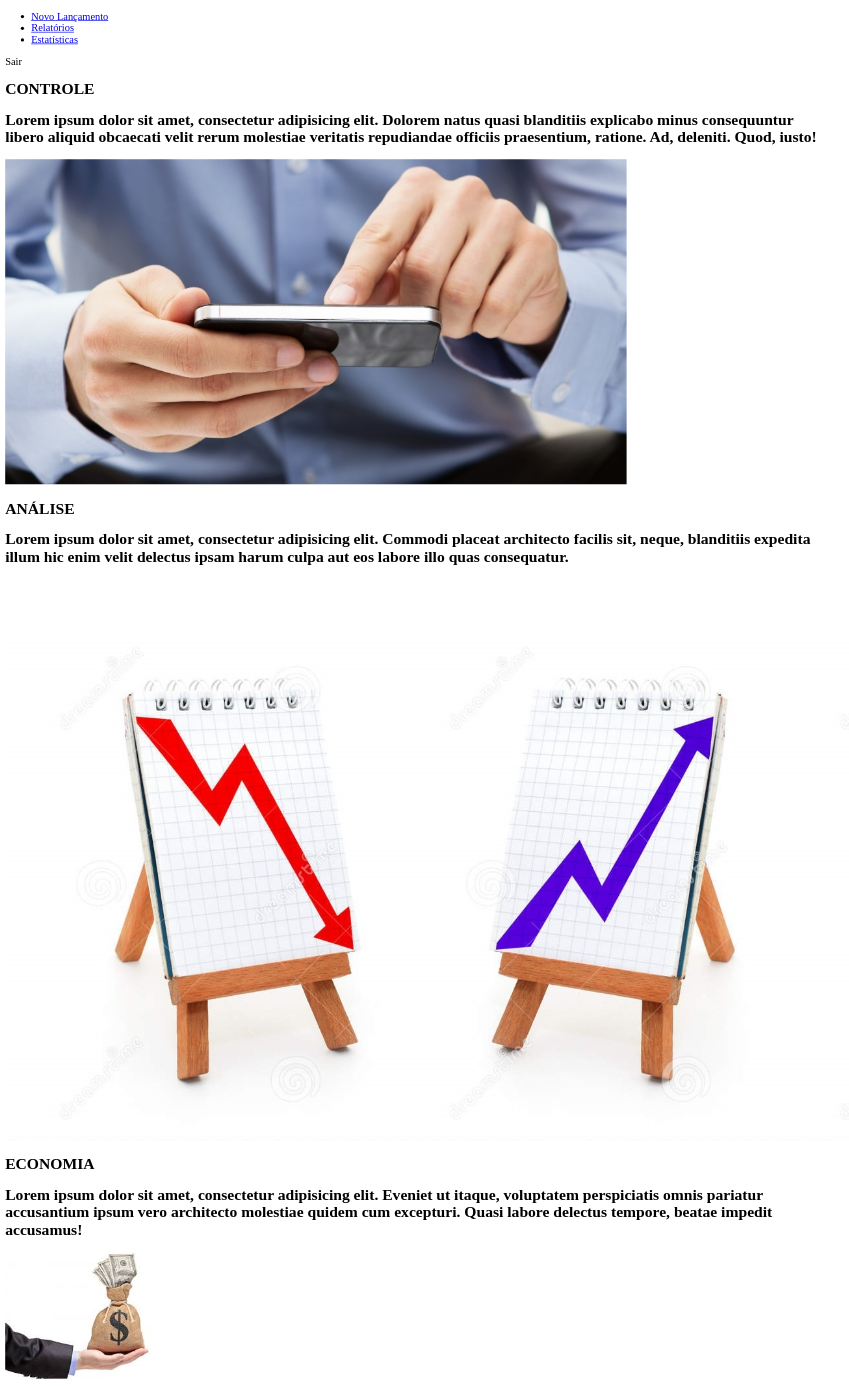
Repository: EconoMyRD/final-homework
Page: Economy/WebContent/html/indexGerencial.html
The author's editor kept a copy of each file at every save. The page is drawn from the files as they stood at one save, then again after the next save.
The browser window is 1280 px wide. The page is 1306 px wide, then 1280 px, so the pictures cover 1306 px, including what lies to the right of the window. The pictures show the whole page, at 65% of full size.
Some web libraries are served in a nearby version.

Above is the page before, as saved 2015-06-23 04:07:39.
Console error: TypeError: $(...).live is not a function

After the next save:
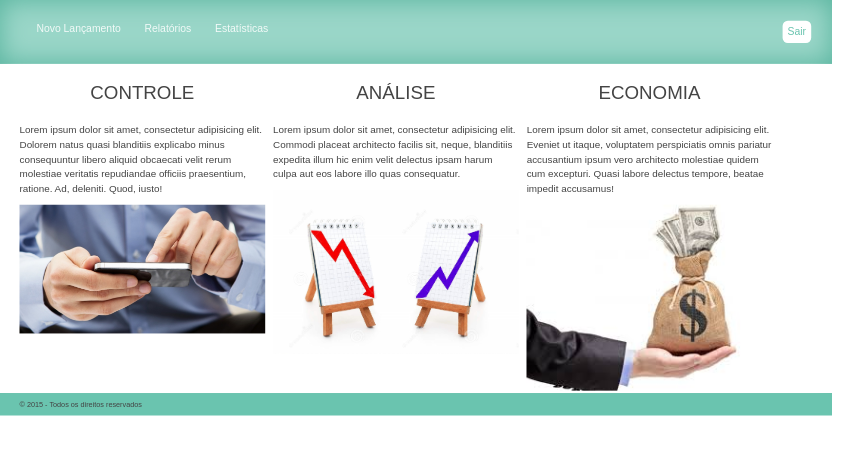
Saved 112 s later.
--- a/Economy/WebContent/html/indexGerencial.html
+++ b/Economy/WebContent/html/indexGerencial.html
@@ -3,7 +3,7 @@
 <head>
     <meta charset="UTF-8">
     <title>Economy</title>
-   <!--  <link rel="stylesheet" href="../css/Estilos.css">-->
+   <link rel="stylesheet" href="../css/Estilos.css">
     <link rel='shortcut icon' href='../favicon.ico'>
 </head>
 <body>
@@ -64,11 +64,22 @@
             </div>
         <div id="conteudo"></div>
      </section>
-     <div id="footerGerencial"></div>
+    <!--  <div id="footerGerencial"></div>-->
+    <footer class="clear">
+              <div class="content">
+
+              </div>
+            <div class="footer_interno">
+                <div class="content">
+                   <h5>© 2015 - Todos os direitos reservados</h5>
+                </div>
+            </div>
+        </footer>
 
 
      <!-- SCRIPTS -->
      <script src="https://ajax.googleapis.com/ajax/libs/jquery/1.8.1/jquery.min.js"></script>
      <script type="text/javascript" src="../javascript/login.js"></script>
+
 </body>
 </html>
